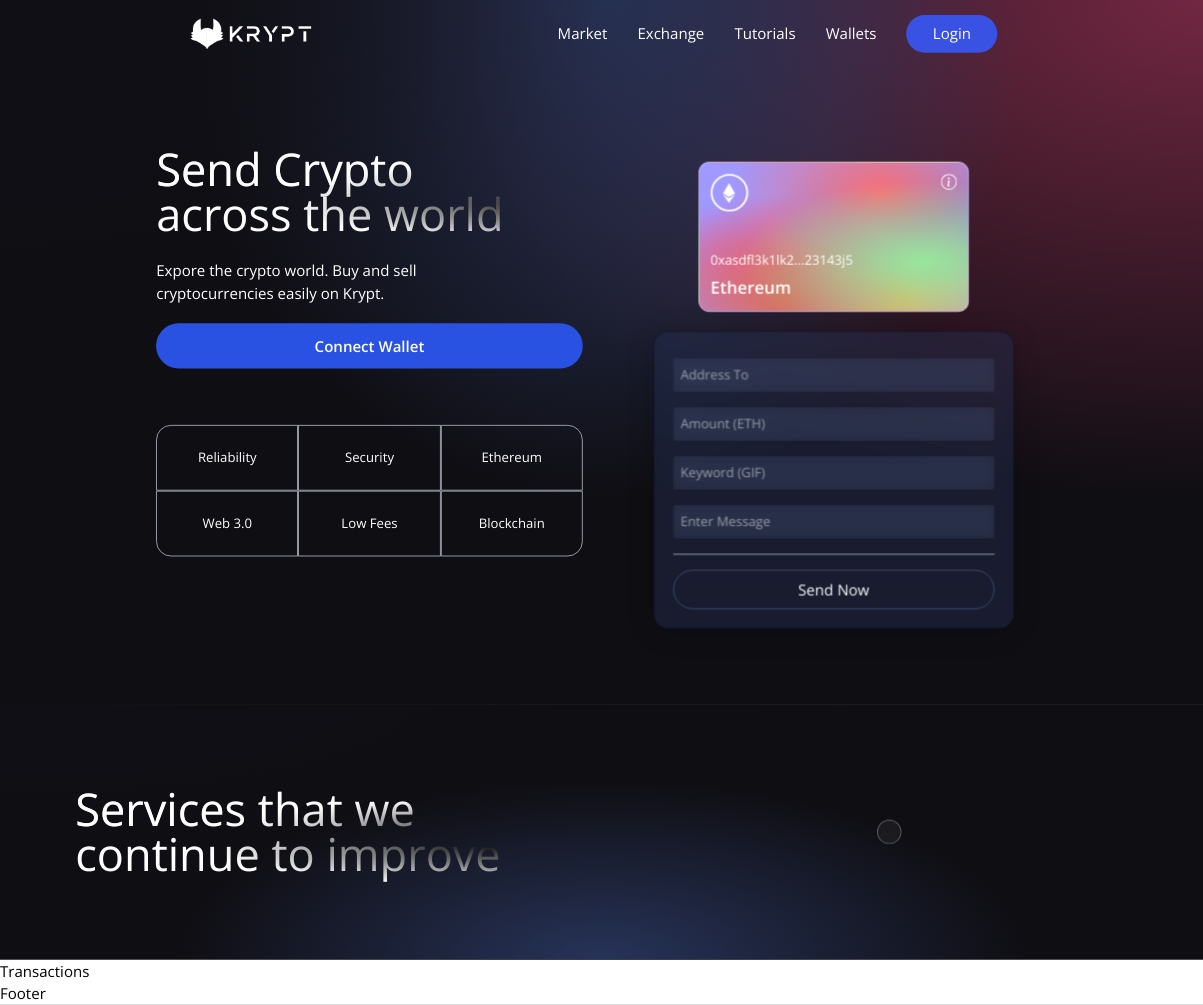
Repository: stephan-chiorean/krypt
Page: / (app in client/)
An editor plug-in stored every save of this project. The page is shown before and after the next save, followed by the edit.
The browser window is 1280 px wide. The pictures show the whole page, at 94% of full size.
The project was rebuilt for these pictures with package versions that can differ from the ones it lists, and the page was loaded fresh each time. Also part of the build but not shown: client/vite.config.js, client/src/components/Loader.jsx.

Above is the page before, as saved 2023-03-29 19:11:32.

After the next save:
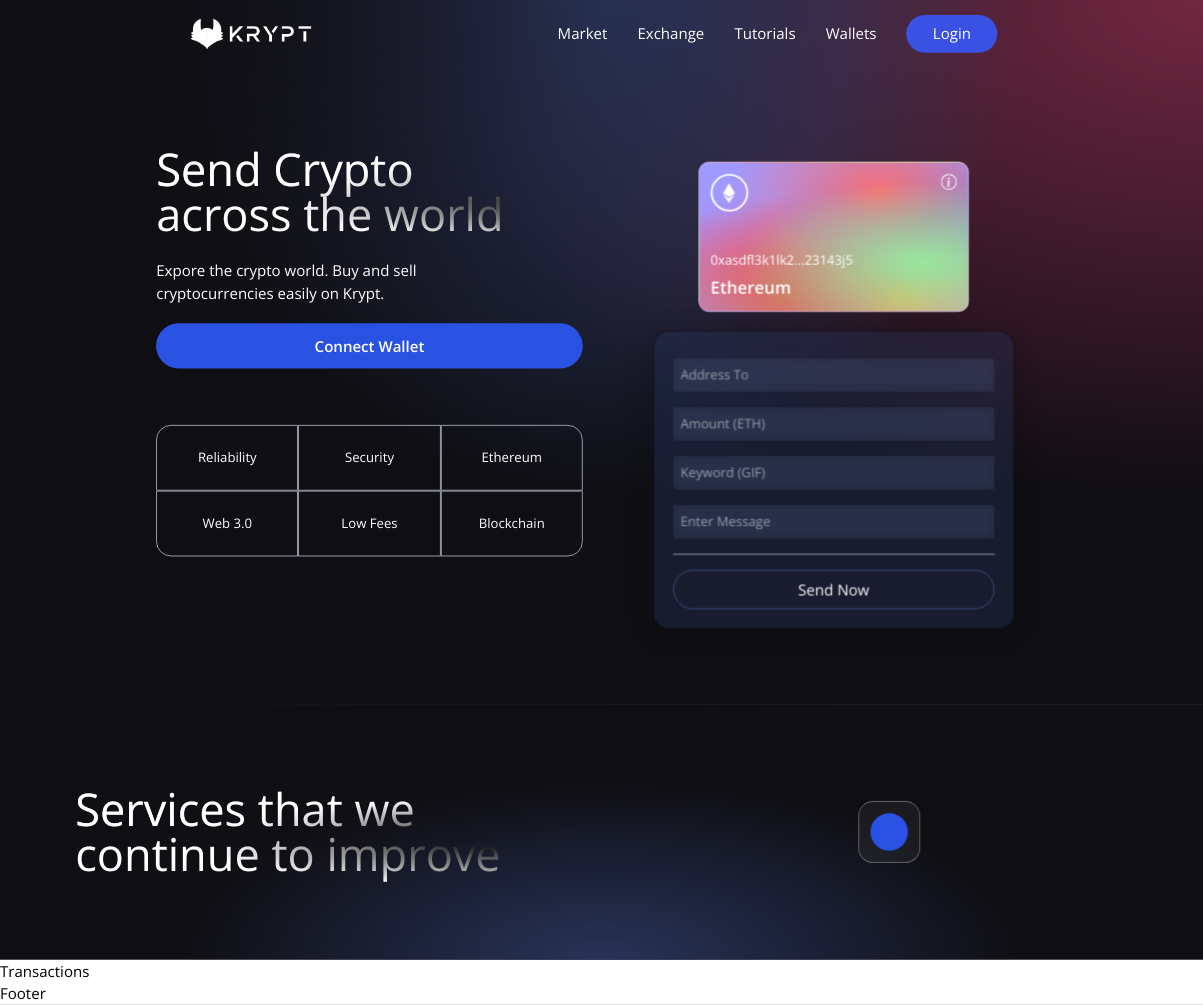
Saved 81 s later.
--- a/client/src/components/Services.jsx
+++ b/client/src/components/Services.jsx
@@ -3,8 +3,13 @@ import { BsShieldFillCheck } from 'react-icons/bs';
 import { BiSearchAlt } from 'react-icons/bi';
 import { RiHeart2Fill } from 'react-icons/ri';
 
-const ServiceCard = () => (
-  <div className='flex flex-row justify-start items-center white-glassmorphism p-3 m-2 cursor-pointer hover:shadow-xl'></div>
+const ServiceCard = ({color, title, icon, subtitle}) => (
+  <div className='flex flex-row justify-start items-center white-glassmorphism p-3 m-2 cursor-pointer hover:shadow-xl'>
+    <div className={`w-10 h-10 rounded-full flex justify-center items-center ${color}`}>
+      {icon}
+
+    </div>
+  </div>
 );
 export default () => {
   return (
